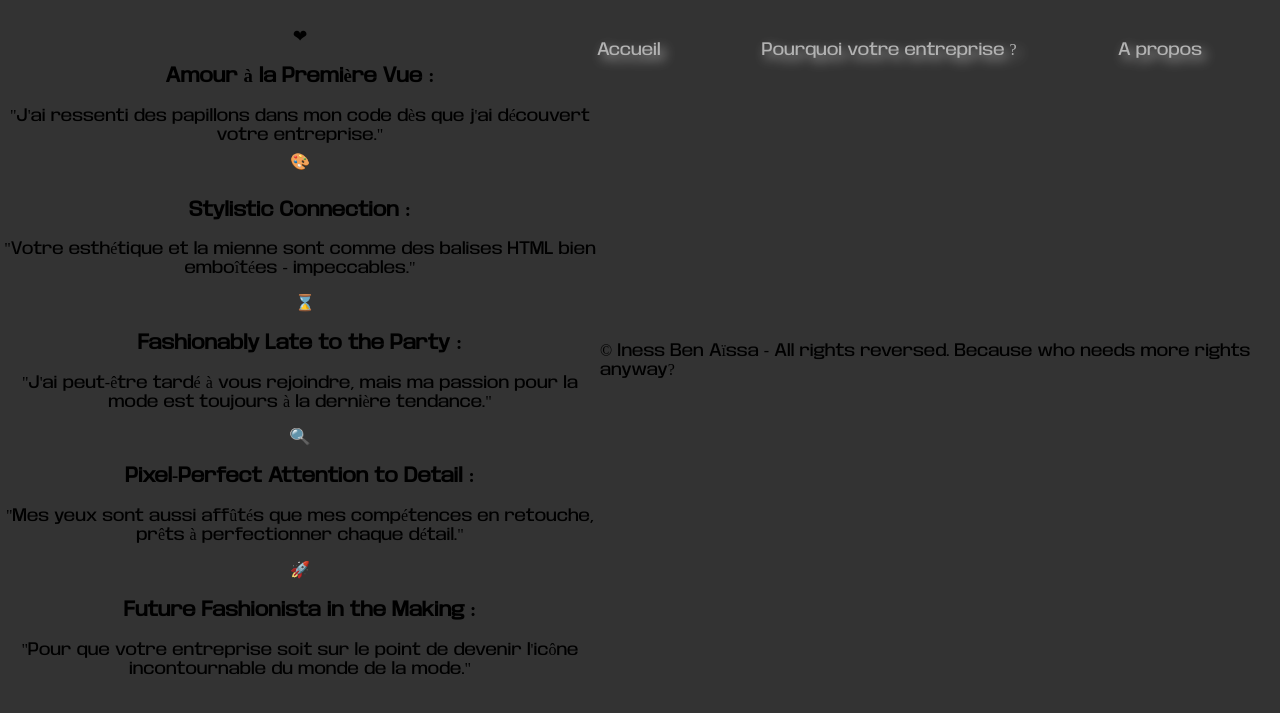
Repository: inessben/application
Page: company/company.html
These files come from the project's save history. The page is drawn as it stood at one moment and after the next save; the edit follows.
The browser window is 1280 px wide. The pictures show the whole page.

Above is the page before, as saved 2023-12-03 22:52:53.

After the next save:
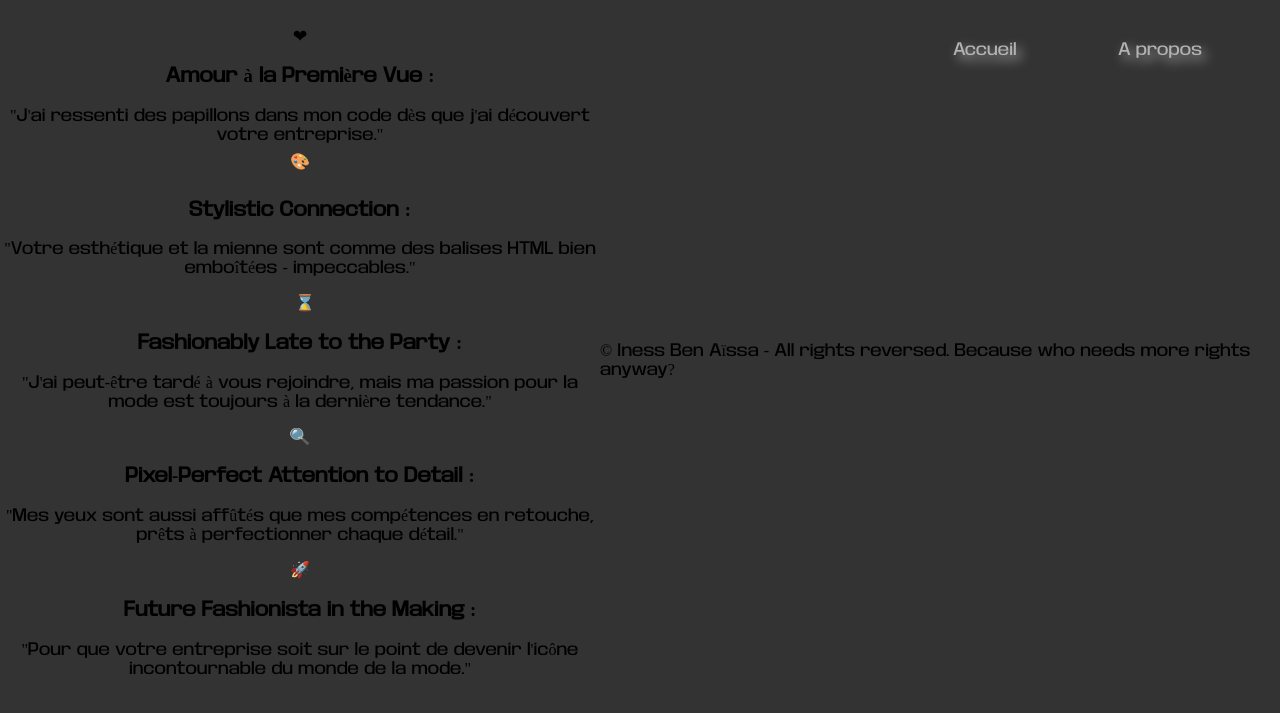
Saved 2 s later.
--- a/company/company.html
+++ b/company/company.html
@@ -19,7 +19,7 @@
     <section id="nav-header">
         <header class="links">
             <a href="/index.html" class="link">Accueil</a>
-            <a href="/company/company.html" class="link">Pourquoi votre entreprise ?</a>
+            <!-- <a href="/company/company.html" class="link">Pourquoi votre entreprise ?</a> -->
             <a href="/about/about.html" class="link">A propos</a>
         </header>
     </section>
